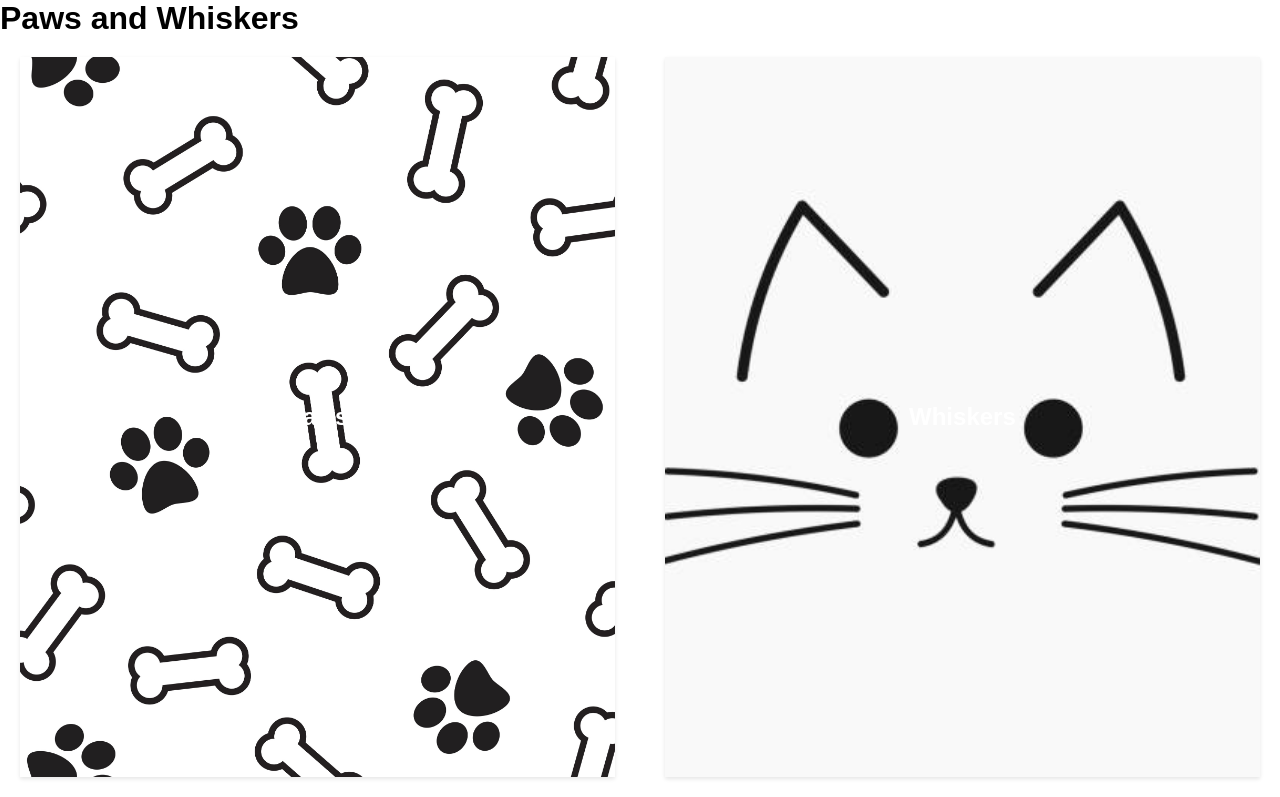
Repository: vimala-pydi/spring-pawsandwhiskers
Page: src/main/webapp/index.html
These files come from the project's save history. The page is drawn as it stood at one moment and after the next save; the edit follows.
The browser window is 1280 px wide. The pictures show the whole page.
The page's requests for data from a server got no answer.

Above is the page before, as saved 2023-08-22 13:37:54.

After the next save:
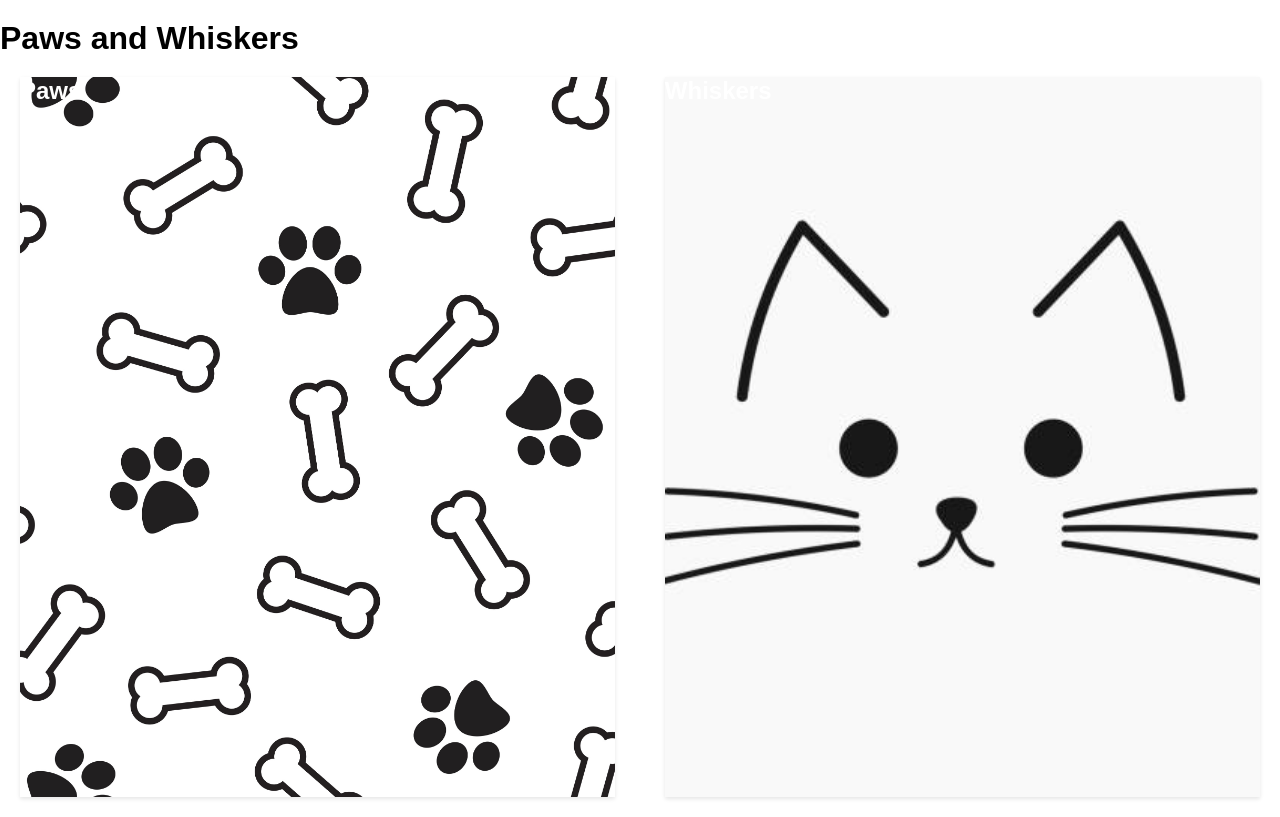
Saved 45 s later.
--- a/src/main/webapp/css/styles.css
+++ b/src/main/webapp/css/styles.css
@@ -12,12 +12,14 @@
     padding: 0;
 
 }
-
-
+h1 {
+    margin-top: 20px; /* Add margin for top spacing */
+}
 .container {
     display: flex;
     justify-content: space-between;
     padding: 20px;
+    flex-grow: 1; /* Expand container to fill available space */
 }
 
 .image-box {
@@ -26,18 +28,21 @@
     box-shadow: 0 2px 4px rgba(0, 0, 0, 0.1);
     display: flex;
     flex-wrap: wrap; /* Allow tiles to wrap within the image box */
-    justify-content: center; /* Center tiles horizontally */
-    align-content: center; /* Center tiles vertically */
+    justify-content: flex-start; /* Start tiles from the top */
+    align-content: flex-start; /* Start tiles from the top */
+    background-color: rgba(0, 0, 0, 0.5); /* Semi-transparent background color */
     background-size: cover; /* Set background image to cover the image box */
     background-position: center center; /* Center the background image */
 }
 
 .image-box.dogs {
     background-image: url('dog_bg.jpg'); /* Replace with actual dog image */
+    background-color: rgba(0, 0, 0, 0.5); /* Semi-transparent background color */
 }
 
 .image-box.cats {
     background-image: url('cat_bg.jpg'); /* Replace with actual cat image */
+    background-color: rgba(0, 0, 0, 0.5); /* Semi-transparent background color */
 }
 
 .image-box h2 {
@@ -55,8 +60,9 @@
 }
 
 .image-box img {
-    width: 100%;
+    width: 100%; /* Make each image the same width */
     height: auto;
+    max-height: 150px; /* Set a fixed height for the images */
     border-radius: 5px;
     box-shadow: 0 2px 4px rgba(0, 0, 0, 0.1);
     cursor: pointer; /* Add cursor style for clickable images */
